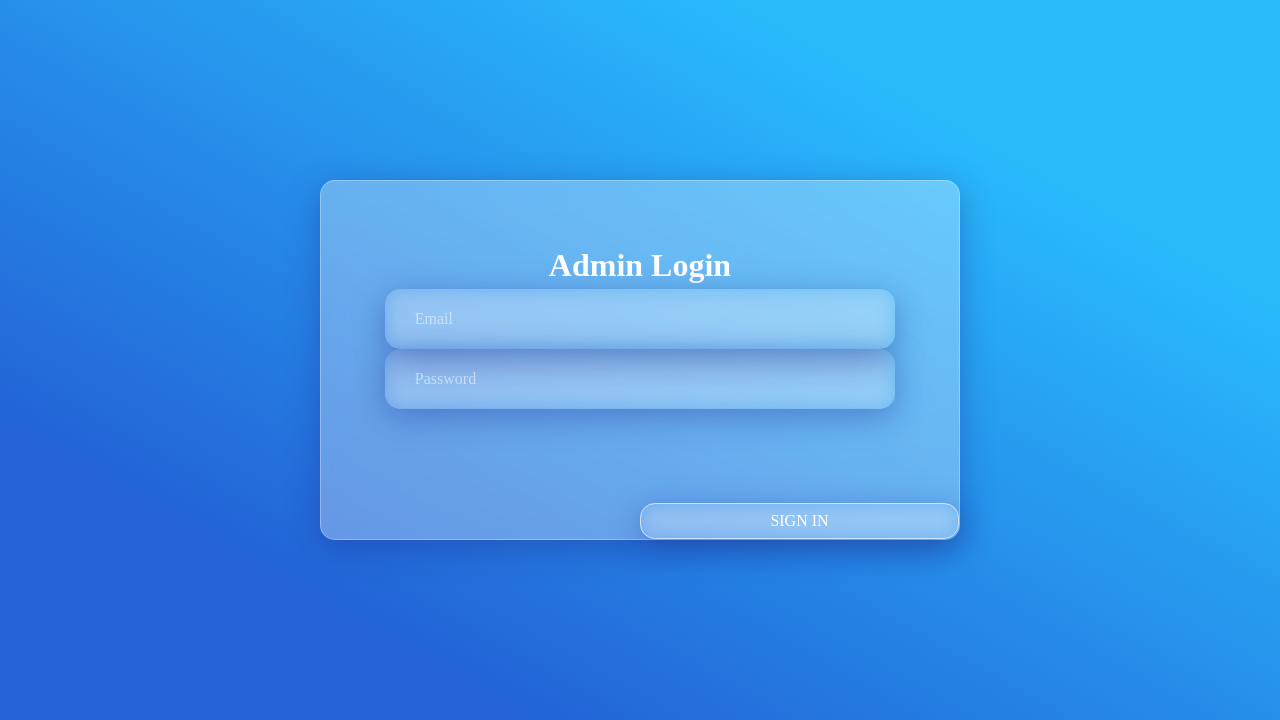
Repository: LEEYONGJUN3068/cms
Page: /login
These files come from the project's save history. The page is drawn as it stood at one moment and after the next save; the edit follows.
The browser window is 1280 px wide. The pictures show the whole page.
The page's requests for data from a server got no answer. The project was rebuilt for these pictures with package versions that can differ from the ones it lists, and the page was loaded fresh each time. The framework's server and built-in components were replaced by stand-ins that run in the browser. No one was signed in, and anything a server would have sent is missing. Also part of the build but not shown: next.config.mjs.

Above is the page before, as saved 2025-09-23 15:02:42.

### src/app/layout.js
import { Geist, Geist_Mono } from "next/font/google";
import "./globals.css";
import AppLoader from "@/components/AppLoader";
import "../styles/globals.scss";

const geistSans = Geist({
  variable: "--font-geist-sans",
  subsets: ["latin"],
});

const geistMono = Geist_Mono({
  variable: "--font-geist-mono",
  subsets: ["latin"],
});

export const metadata = {
  title: "Create Next App",
  description: "Generated by create next app",
  stylesheets: [
    {
      rel: 'stylesheet',
      as: 'style',
      crossOrigin: 'anonymous',
      href: 'https://cdn.jsdelivr.net/gh/orioncactus/pretendard@v1.3.9/dist/web/static/pretendard.min.css',
    },
  ],
};

export default function RootLayout({ children }) {
  return (
    <html lang="ko">
      <body
        className={`${geistSans.variable} ${geistMono.variable} antialiased`}
      >
        <AppLoader>{children}</AppLoader>
      </body>
    </html>
  );
}

### src/app/login/page.jsx
'use client'
import { useState } from 'react'
import { supabase } from '@/lib/supabaseClient'
import { useRouter } from 'next/navigation'
import styles from './login.module.scss'

export default function Login() {
  const [email,setEmail] = useState('')
  const [password,setPassword] = useState('')
  const router = useRouter()

  const handleLogin = async (e) => {
    e.preventDefault()
    const { data, error } = await supabase.auth.signInWithPassword({ email, password })
    if (error) alert(error.message)
    else router.push('/dashboard')
  }

  return (
    <div className={styles.loginContainer}>
      <div className={styles.form}>
        <h2>Admin Login</h2>
        <form onSubmit={handleLogin}>
          <input
            type="email"
            placeholder="Email"
            value={email}
            onChange={(e)=>setEmail(e.target.value)}
            required
            name='id'
          />
          <input
            type="password"
            placeholder="Password"
            value={password}
            onChange={(e)=>setPassword(e.target.value)}
            required
            name='pw'
          />
          <button type="submit" className={styles.loginBtn}>SIGN IN</button>
        </form>
      </div>
    </div>
  )
}

### src/app/globals.css
@import "tailwindcss";

:root {
  --background: #ffffff;
  --foreground: #171717;
}

@theme inline {
  --color-background: var(--background);
  --color-foreground: var(--foreground);
  --font-sans: var(--font-geist-sans);
  --font-mono: var(--font-geist-mono);
}

@media (prefers-color-scheme: dark) {
  :root {
    --background: #0a0a0a;
    --foreground: #ededed;
  }
}

body {
  background: var(--background);
  color: var(--foreground);
  font-family: 'Pretendard';
}

### src/components/AppLoader.jsx
"use client";

import { useState, useEffect } from "react";
import dynamic from 'next/dynamic'; // dynamic import 추가

// LoadingScreen 컴포넌트를 dynamic으로 불러오고, ssr을 false로 설정합니다.
// 이렇게 하면 이 컴포넌트는 오직 브라우저에서만 렌더링됩니다.
const LoadingScreen = dynamic(() => import('./LoadingScreen'), { ssr: false });

const AppLoader = ({ children }) => {
  const [loading, setLoading] = useState(true);

  useEffect(() => {
    const isFirstVisit = sessionStorage.getItem("isFirstVisit");

    if (isFirstVisit) {
      setLoading(false);
    } else {
      sessionStorage.setItem("isFirstVisit", "false");
      setTimeout(() => {
        setLoading(false);
      }, 3000);
    }
  }, []);

  return loading ? <LoadingScreen /> : <>{children}</>;
};

export default AppLoader;

### src/styles/globals.scss
button{
    &:hover{
        cursor: pointer;
    }
}

### src/app/login/login.module.scss
.loginContainer{
    background: linear-gradient(to bottom left, #29bcfd 20%, #2362d7 80%);
    width: 100%;
    height: 100vh;

    .form{
        position: absolute;
        left: 50%;
        top: 50%;
        transform: translate(-50%, -50%);
        width: 50%;
        max-width: 960px;
        height: 50vh;
        max-height: 600px;
        background: rgba(255, 255, 255, 0.3);
        backdrop-filter: blur(10px);
        -webkit-backdrop-filter: blur(10px); /* Safari 브라우저 지원 */
        border: 1px solid rgba(255, 255, 255, 0.3);
        box-shadow: 0 8px 32px 0 rgba(31, 38, 135, 0.37);
        border-radius: 15px;
        padding: clamp(0px, 5vw, 60px) 0;
        color: white;

        h2{
            position: relative;
            top: 0;
            text-align: center;
            font-weight: bold;
            font-size: clamp(0px, 4vw, 32px);
        }

        input{
            width: 80%;
            height: 5vh;
            backdrop-filter: blur(10px);
            -webkit-backdrop-filter: blur(10px); /* Safari 브라우저 지원 */
            box-shadow: 0 8px 32px 0 rgba(31, 38, 135, 0.37);
            border-radius: 15px;
            padding: 30px;
            color: white;

            &:focus{
                outline: none;
            }
        }

        form{
            display: flex;
            flex-direction: column;
            align-items: center;
        }

        .loginBtn{
            position: absolute;
            left: 50%;
            bottom: 0;
            display: flex;
            align-items: center;
            justify-content: center;
            width: 50%;
            height: 5vh;
            backdrop-filter: blur(10px);
            -webkit-backdrop-filter: blur(10px); /* Safari 브라우저 지원 */
            border: 1px solid rgba(255, 255, 255, 0.6);
            box-shadow: 0 8px 32px 0 rgba(31, 38, 135, 0.37);
            border-radius: 15px;
            font-weight: 500;
            color: white;

            &:hover{
                background-color: #fff;
                color: #2362d7;
                transition: all 0.5s;
            }
        }
    }
}

### src/components/LoadingScreen.jsx
"use client";

// lottie-react에서 Player를 가져옵니다.
import { Player } from "@lottiefiles/react-lottie-player";

const LoadingScreen = () => {
  return (
    <div style={{
      position: 'fixed',
      top: 0,
      left: 0,
      width: '100%',
      height: '100%',
      backgroundColor: '#000',
      display: 'flex',
      flexDirection: 'column',
      justifyContent: 'center',
      alignItems: 'center',
      zIndex: 9999,
    }}>
        <p style={{
            fontSize: 'clamp(0px, 5vw, 32px)',
            fontWeight: 'bold',
        }}>
          포트폴리오 화면을 구성중입니다
        </p>
        <Player
          autoplay
          loop
          src="https://lottie.host/dfe9ce55-f0b7-4bb0-bcd2-241897b61dec/JhkEyDhSuU.json"
          style={{ width: 'clamp(0px, 50vw, 300px)', height: 'auto' }}
        />
    </div>
  );
};

export default LoadingScreen;

Loaded but not shown: src/lib/supabaseClient.js (common file)

After the next save:
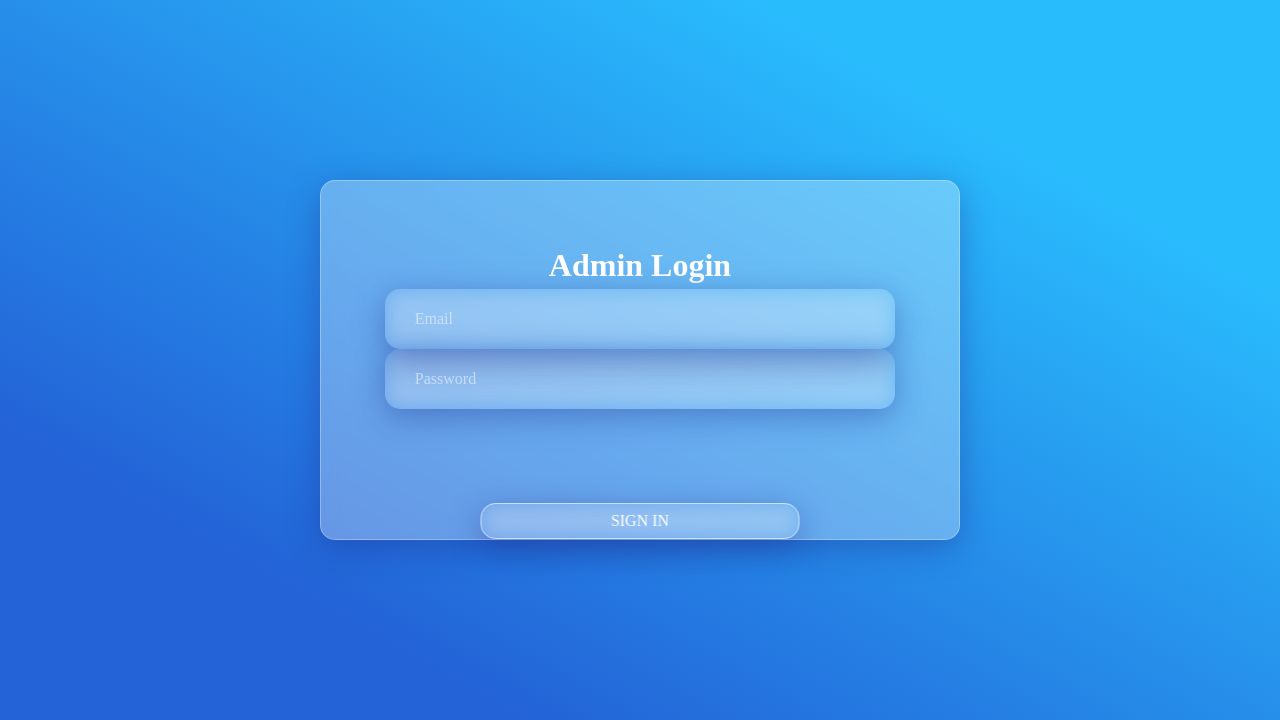
Saved 11 s later.
--- a/src/app/login/login.module.scss
+++ b/src/app/login/login.module.scss
@@ -54,6 +54,7 @@
             position: absolute;
             left: 50%;
             bottom: 0;
+            transform: translateX(-50%);
             display: flex;
             align-items: center;
             justify-content: center;
